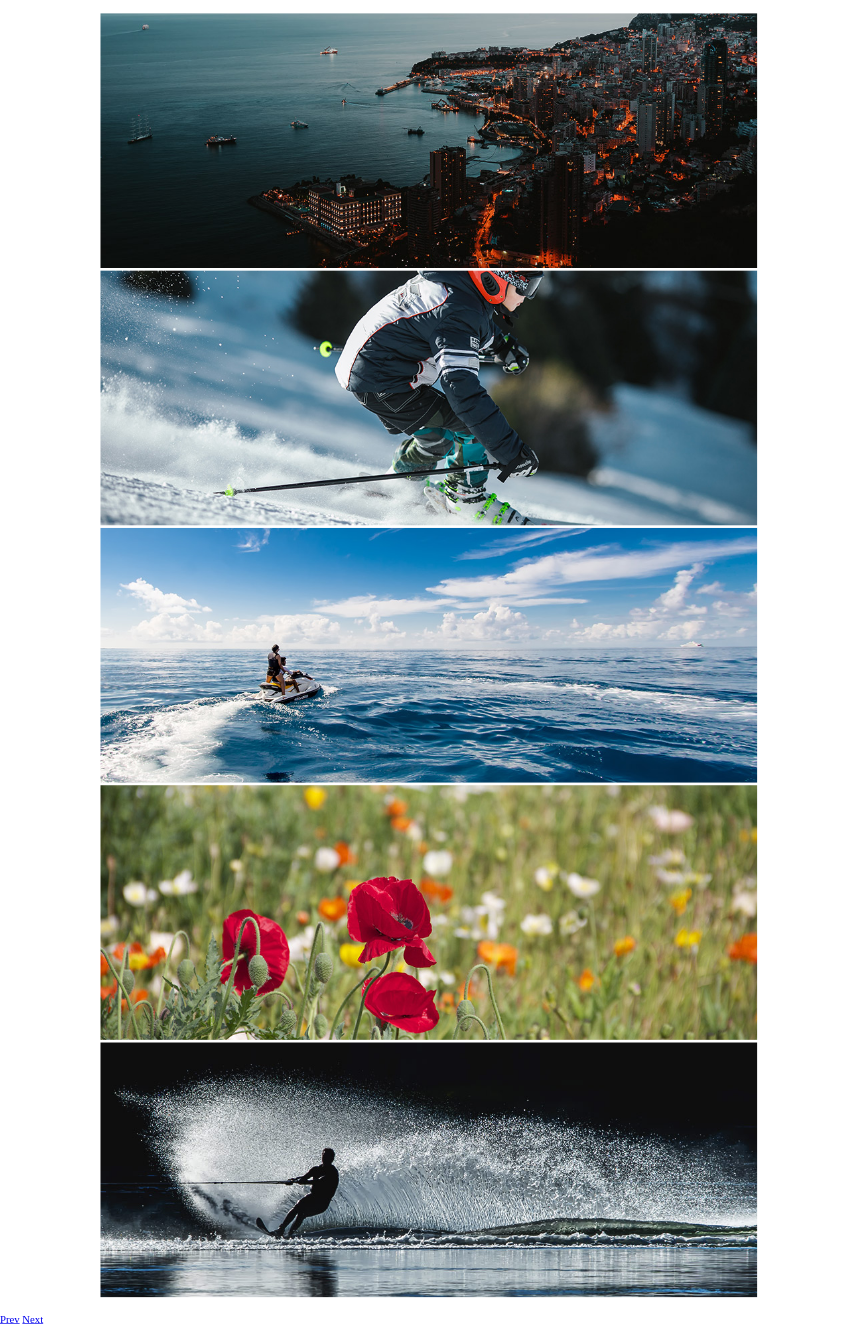
Repository: AnhTuan191298/sent-file-hoang
Page: js_slider/index.html
These files come from the project's save history. The page is drawn as it stood at one moment and after the next save; the edit follows.
The browser window is 1280 px wide. The pictures show the whole page, at 67% of full size.

Above is the page before, as saved 2021-02-01 15:54:05.

After the next save:
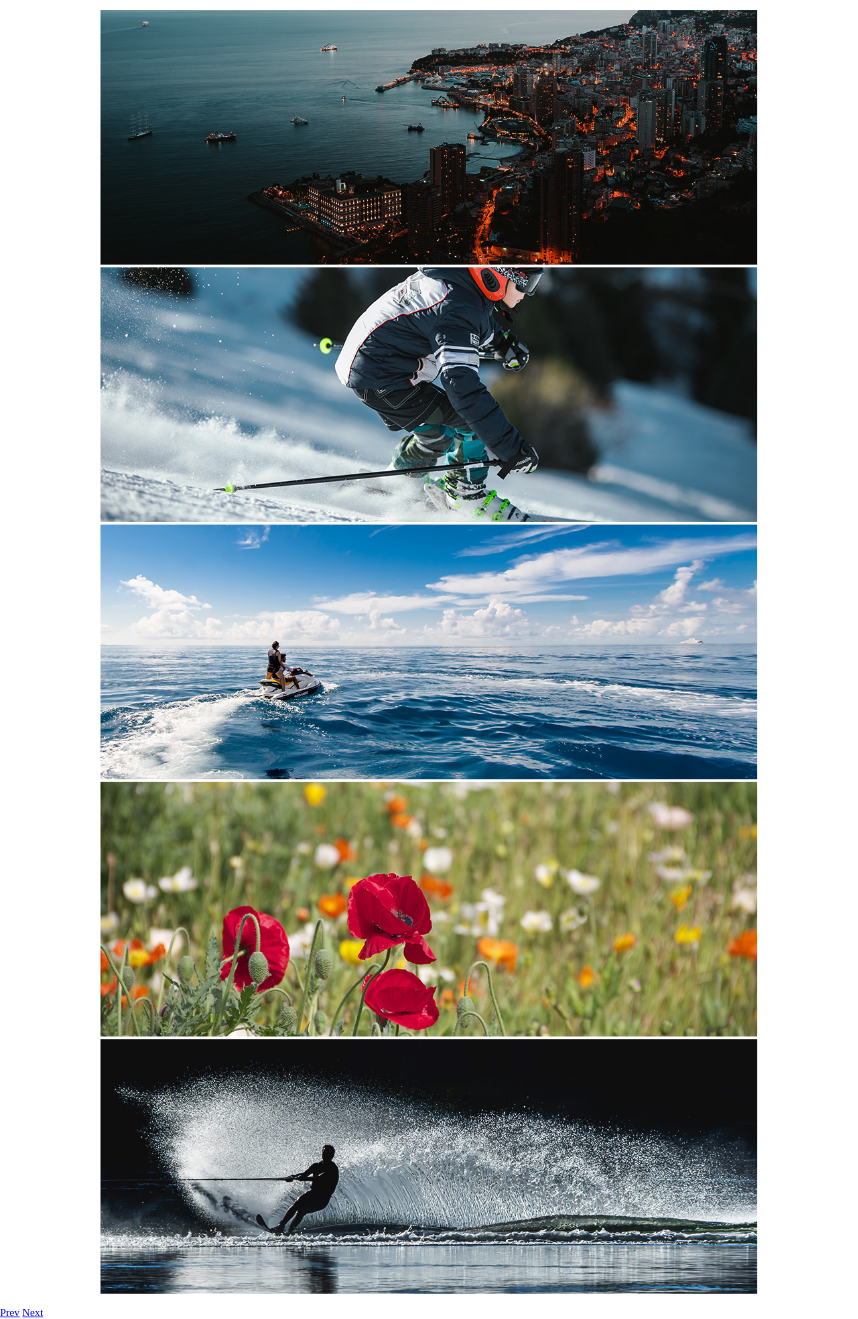
Saved 10 s later.
--- a/js_slider/index.html
+++ b/js_slider/index.html
@@ -12,7 +12,7 @@
         }
         .wrapper {
             width: 980px;
-            margin: 20px auto;
+            margin: 15px auto;
         }
     </style>
 </head>
